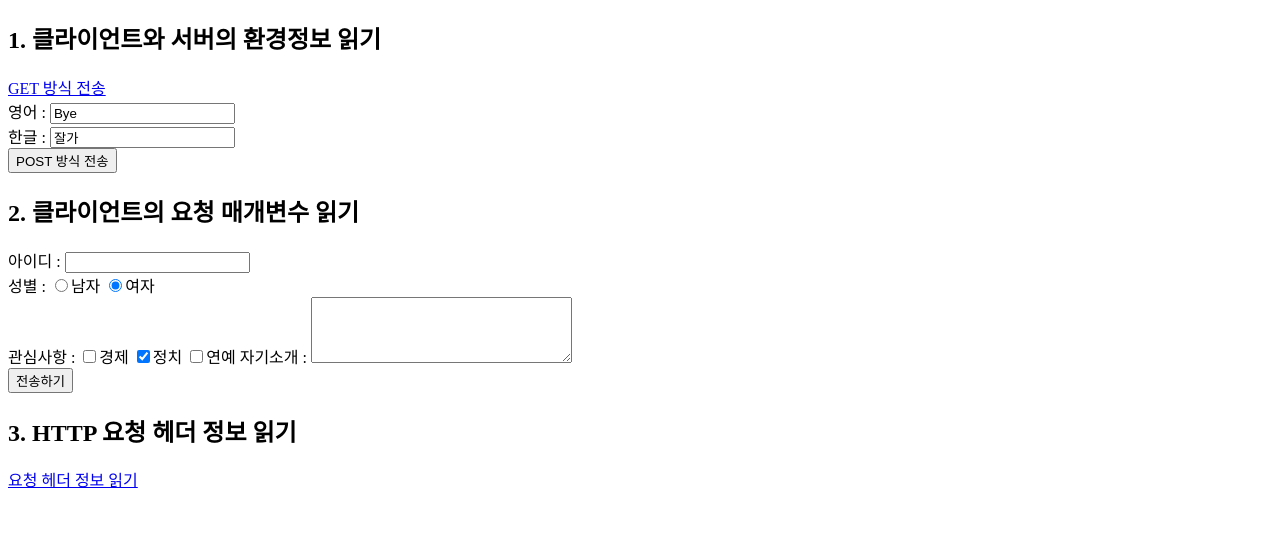
Repository: yu1na/JSP_Servlet
Page: http://localhost/MustHaveJSP/02ImplicitObject/RequestMain.jsp
An editor plug-in stored every save of this project. The page is shown before and after the next save, followed by the edit.
The browser window is 1280 px wide. The pictures show the whole page.
The page is served by Tomcat 9. Other server files are loaded and not shown.

Above is the page before, as saved 2025-05-02 06:42:05.

### MustHaveJSP/src/main/webapp/02ImplicitObject/RequestMain.jsp
<%@ page language="java" contentType="text/html; charset=UTF-8"
    pageEncoding="UTF-8"%>
<!DOCTYPE html>
<html>
	<head>
	<meta charset="UTF-8">
	<title>내장객체 -request</title>
	</head>
	<body>
		<h2>1. 클라이언트와 서버의 환경정보 읽기</h2>
		<a href="./RequestWebInfo.jsp?eng=Hello&han=안녕">
			GET 방식 전송
		</a>
		<br />
		<form action="RequestWebInfo.jsp" method="post">
			영어 : <input type="text" name="eng" value="Bye" /><br />
			한글 : <input type="text" name="han" value="잘가" /><br />
			<input type="submit" value="POST 방식 전송" />
		</form>

		<h2> 2. 클라이언트의 요청 매개변수 읽기</h2>
		<form method="post" action="RequestParameter.jsp">
			아이디 : <input type="text" name="id" value="" /><br />
			성별 :
			<input type="radio" name="sex" value="man" />남자
			<input type="radio" name="sex" value="woman" checked="checked"/>여자
			<br />
			관심사항 :
			<input type="checkbox" name="favo" value="eco" />경제
			<input type="checkbox" name="favo" value="pol" checked="checked" />정치
			<input type="checkbox" name="favo" value="ent" />연예
			자기소개 :
			<textarea rows="4" cols="30" name="intro"></textarea>
			<br />
			<input type="submit" value="전송하기" />
		</form>

		<h2>3. HTTP 요청 헤더 정보 읽기</h2>
		<a href="RequestHeader.jsp">
			요청 헤더 정보 읽기
		</a>
	</body>
</html>

After the next save:
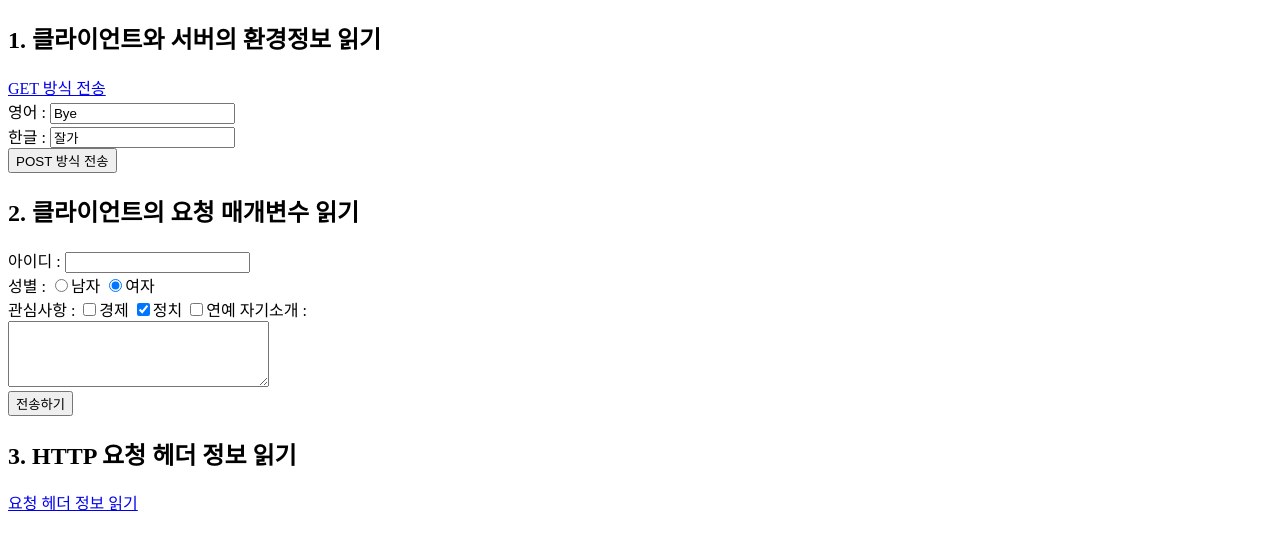
Saved 6 min 22 s later.
--- a/MustHaveJSP/src/main/webapp/02ImplicitObject/RequestMain.jsp
+++ b/MustHaveJSP/src/main/webapp/02ImplicitObject/RequestMain.jsp
@@ -29,7 +29,7 @@
 			<input type="checkbox" name="favo" value="eco" />경제
 			<input type="checkbox" name="favo" value="pol" checked="checked" />정치
 			<input type="checkbox" name="favo" value="ent" />연예
-			자기소개 :
+			자기소개 : <br />
 			<textarea rows="4" cols="30" name="intro"></textarea>
 			<br />
 			<input type="submit" value="전송하기" />
